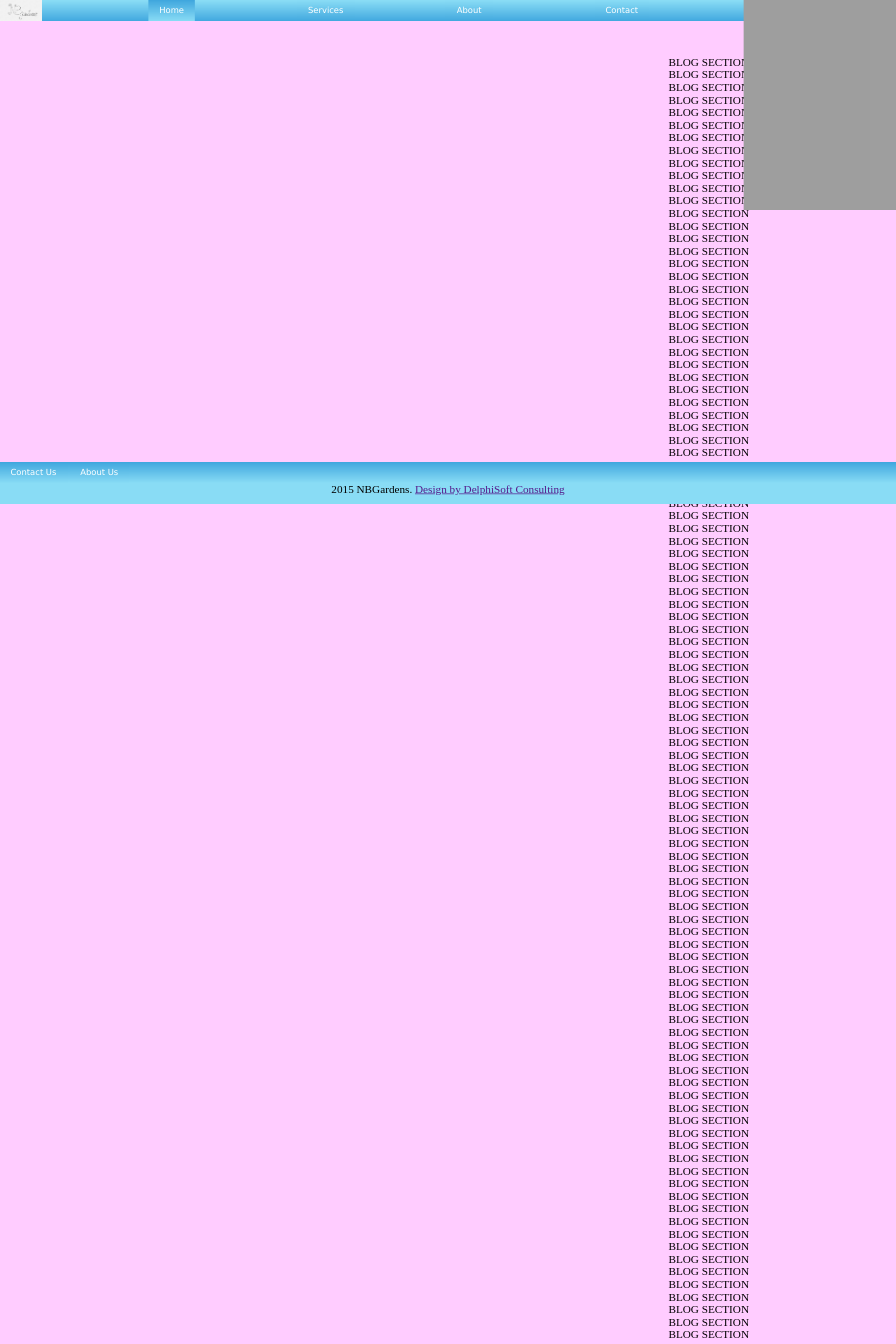
Repository: GAndrews13/BlueGardens
Page: BlueGardensEESystem/src/main/webapp/templates/template.html
The author's editor kept a copy of each file at every save. The page is drawn from the files as they stood at one save, then again after the next save.
The browser window is 1280 px wide. The pictures show the part of the page from y = 0 to 1920 px (the page is 2852 px tall), at 70% of full size.
Pictures or frames that could not be fetched are drawn as grey boxes.

Above is the page before, as saved 2015-07-21 14:13:13.

After the next save:
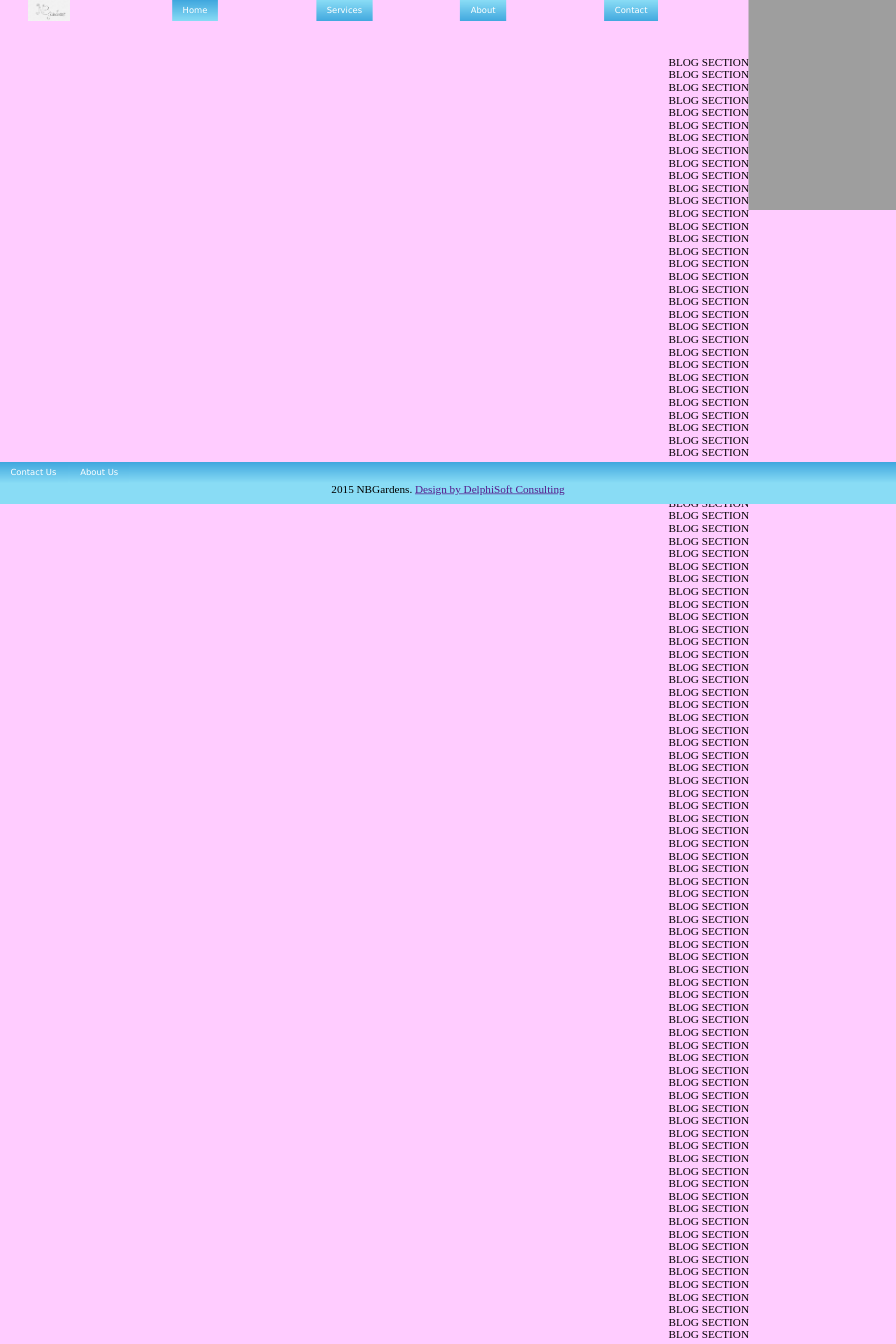
Saved 25 s later.
--- a/BlueGardensEESystem/src/main/webapp/style.css
+++ b/BlueGardensEESystem/src/main/webapp/style.css
@@ -1,4 +1,4 @@
-<!--
+<!-- --?
 /* Generated via www.cssmenubuilder.com */
 
 .menu{margin:0 auto; padding:0; height:30px; width:100%; display:block; background:url('topMenuImages.png') repeat-x;}

After the save that followed:
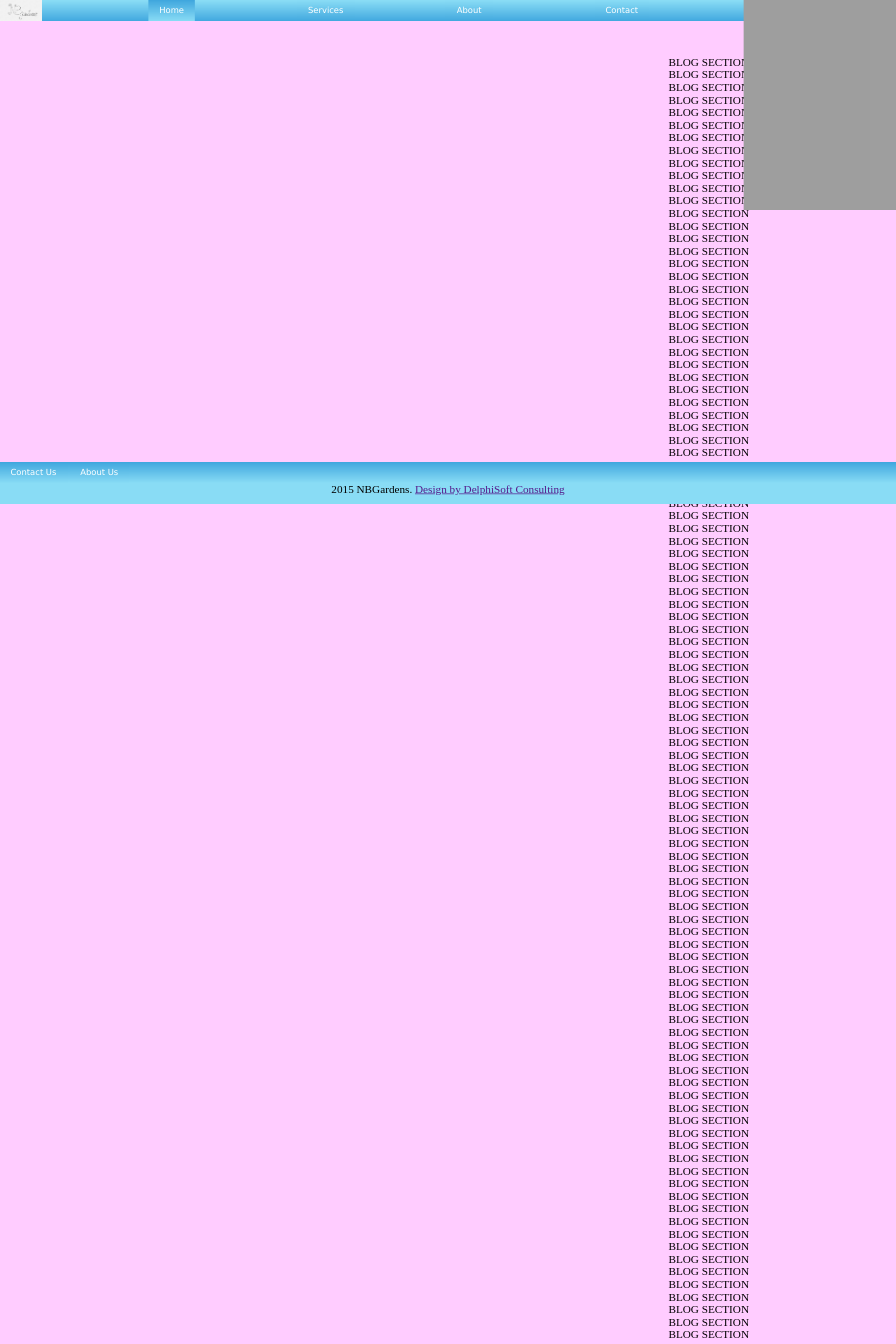
Saved 1 s later.
--- a/BlueGardensEESystem/src/main/webapp/style.css
+++ b/BlueGardensEESystem/src/main/webapp/style.css
@@ -1,4 +1,4 @@
-<!-- --?
+<!-- -->
 /* Generated via www.cssmenubuilder.com */
 
 .menu{margin:0 auto; padding:0; height:30px; width:100%; display:block; background:url('topMenuImages.png') repeat-x;}
